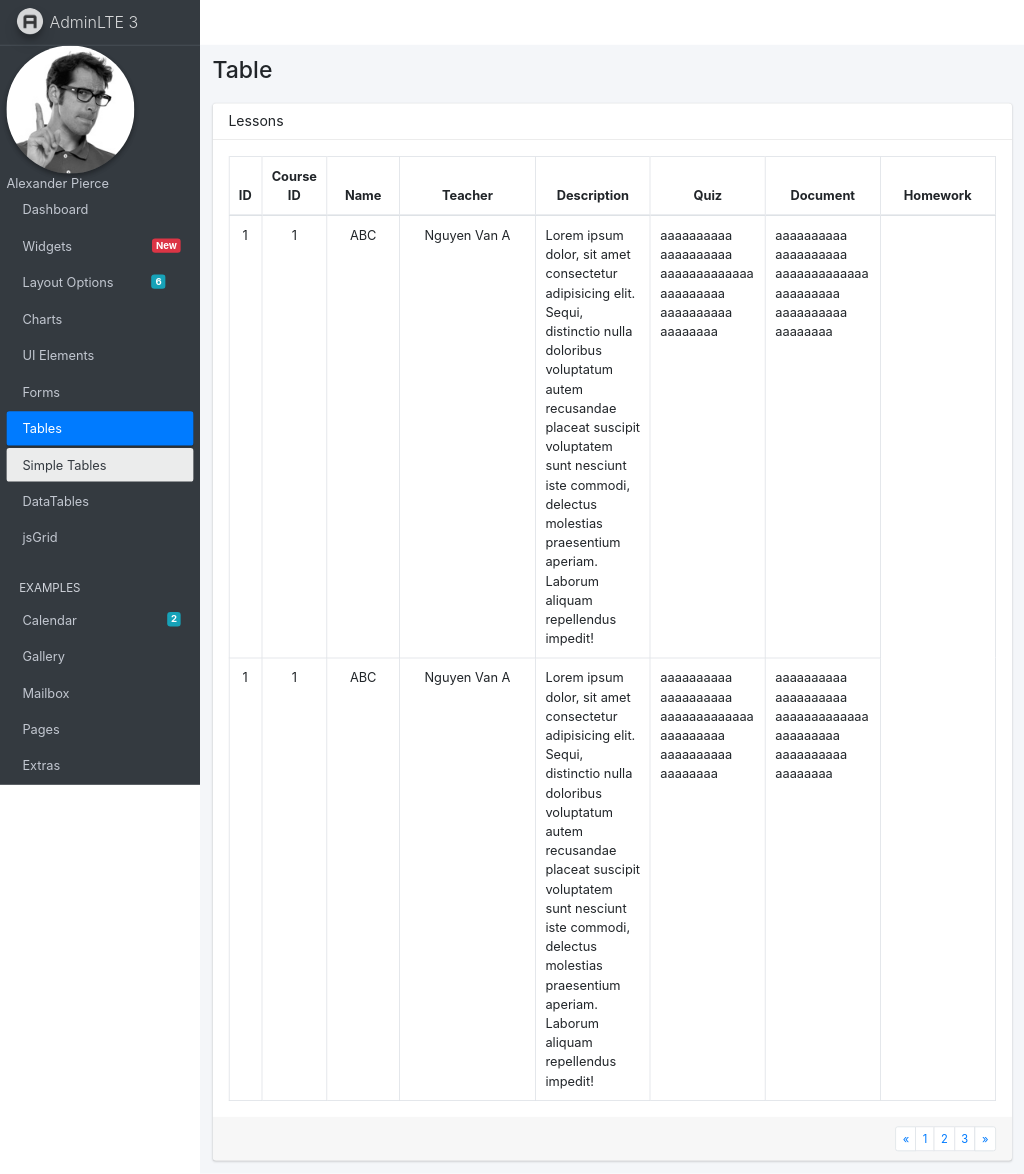
Repository: huyennvo/table
Page: http://localhost/table/lessons
An editor plug-in stored every save of this project. The page is shown before and after the next save, followed by the edit.
The browser window is 1280 px wide. The pictures show the whole page, at 80% of full size.
Some web fonts or font styles are not loaded; a fallback is used. The page is served by the project's Laravel application, run on PHP 8.4 with Laravel 8. Other server files are loaded and not shown.

Above is the page before, as saved 2022-08-11 19:59:09.

### routes/web.php
<?php

use Illuminate\Support\Facades\Route;

/*
|--------------------------------------------------------------------------
| Web Routes
|--------------------------------------------------------------------------
|
| Here is where you can register web routes for your application. These
| routes are loaded by the RouteServiceProvider within a group which
| contains the "web" middleware group. Now create something great!
|
*/

Route::get('/table', function () {
    return view('index');
});

Route::get('/table/courses', function () {
    return view('courses');
});

Route::get('/table/lessons', function () {
    return view('lessons');
});

### resources/views/lessons.blade.php
@extends('layouts.content-header')
@section('content-body')
    <!-- Main content -->

    <section class="content">
      <div class="container-fluid">
        <div class="row">
          <div class="col-md-12">
            <div class="card">
              <div class="card-header">
                <h3 class="card-title">Lessons</h3>
              </div>
              <!-- /.card-header -->
              <div class="card-body">
                <table class="table table-bordered" >
                  <thead>
                    <tr>
                      <th style="width: 10px">ID</th>
                      <th class="course-id" style="width: 10px">Course ID</th>
                      <th class="name">Name</th>
                      <th>Teacher</th>
                      <th style="width: 15%">Description</th>
                      <th style="width: 15%">Quiz</th>
                      <th style="width: 15%">Document</th>
                      <th style="width: 15%">Homework</th>
                    </tr>
                  </thead>
                  <tbody>
                    <tr>
                      <td style="text-align:center;">1</td>
                      <td class="course-id">1</td>
                      <td class="name">ABC</td>
                      <td style="text-align:center;">
                        Nguyen Van A
                      </td>
                      <td>Lorem ipsum dolor, sit amet consectetur adipisicing elit. Sequi, distinctio nulla doloribus voluptatum autem recusandae placeat suscipit voluptatem sunt nesciunt iste commodi, delectus molestias praesentium aperiam. Laborum aliquam repellendus impedit!</td>
                      <td>aaaaaaaaaa aaaaaaaaaa aaaaaaaaaaaaa aaaaaaaaa aaaaaaaaaa aaaaaaaa</td>
                      <td>aaaaaaaaaa aaaaaaaaaa aaaaaaaaaaaaa aaaaaaaaa aaaaaaaaaa aaaaaaaa</td>
                    </tr>
                    <tr>
                      <td style="text-align:center;">1</td>
                      <td class="course-id" >1</td>
                      <td class="name">ABC</td>
                      <td style="text-align:center;">
                        Nguyen Van A
                      </td>
                      <td>Lorem ipsum dolor, sit amet consectetur adipisicing elit. Sequi, distinctio nulla doloribus voluptatum autem recusandae placeat suscipit voluptatem sunt nesciunt iste commodi, delectus molestias praesentium aperiam. Laborum aliquam repellendus impedit!</td>
                      <td>aaaaaaaaaa aaaaaaaaaa aaaaaaaaaaaaa aaaaaaaaa aaaaaaaaaa aaaaaaaa</td>
                      <td>aaaaaaaaaa aaaaaaaaaa aaaaaaaaaaaaa aaaaaaaaa aaaaaaaaaa aaaaaaaa</td>
                    </tr>


                  </tbody>
                </table>
              </div>
              <!-- /.card-body -->
              <div class="card-footer clearfix">
                <ul class="pagination pagination-sm m-0 float-right">
                  <li class="page-item"><a class="page-link" href="#">&laquo;</a></li>
                  <li class="page-item"><a class="page-link" href="#">1</a></li>
                  <li class="page-item"><a class="page-link" href="#">2</a></li>
                  <li class="page-item"><a class="page-link" href="#">3</a></li>
                  <li class="page-item"><a class="page-link" href="#">&raquo;</a></li>
                </ul>
              </div>
            </div>

          </div>

        </div>


        <!-- /.row -->

        <!-- /.row -->
      </div><!-- /.container-fluid -->
    </section>
    <!-- /.content -->
@endsection

### resources/views/layouts/content-header.blade.php
@extends('layouts.menu')
@section('content-header')
    <section class="content-header">
      <div class="container-fluid">
        <div class="row mb-2">
          <div class="col-sm-6">
            <h1>Table</h1>
          </div>
        </div>
      </div><!-- /.container-fluid -->
    </section>
@endsection

### resources/views/layouts/menu.blade.php
@extends('layouts.index')
@section('menu')
<div   class="main-sidebar sidebar-dark-primary "  id="menu">
  <a href="../../index3.html" class="brand-link">
        <img src="../../dist/img/AdminLTELogo.png"
            alt="AdminLTE Logo"
            class="brand-image img-circle elevation-3"
            style="opacity: .8">
        <span class="brand-text font-weight-light">AdminLTE 3</span>
  </a>

  <!-- class="user-panel mt-3 pb-3 mb-3 d-flex"
  class="mt-2" -->
    <!-- Sidebar -->
    <div class="sidebar">
      <!-- Sidebar user (optional) -->
      <div>
        <div class="image">
          <img src="../../dist/img/user2-160x160.jpg" class="img-circle elevation-2" alt="User Image">
        </div>
        <div class="info">
          <a href="#" class="d-block">Alexander Pierce</a>
        </div>
      </div>

      <!-- Sidebar Menu -->
      <nav >
        <ul class="nav nav-pills nav-sidebar flex-column" data-widget="treeview" role="menu" data-accordion="false">
          <!-- Add icons to the links using the .nav-icon class
               with font-awesome or any other icon font library -->
          <li class="nav-item has-treeview">
            <a href="#" class="nav-link">
              <i class="nav-icon fas fa-tachometer-alt"></i>
              <p>
                Dashboard
                <i class="right fas fa-angle-left"></i>
              </p>
            </a>
            <ul class="nav nav-treeview">
              <li class="nav-item">
                <a href="../../index.html" class="nav-link">
                  <i class="far fa-circle nav-icon"></i>
                  <p>Dashboard v1</p>
                </a>
              </li>
              <li class="nav-item">
                <a href="../../index2.html" class="nav-link">
                  <i class="far fa-circle nav-icon"></i>
                  <p>Dashboard v2</p>
                </a>
              </li>
              <li class="nav-item">
                <a href="../../index3.html" class="nav-link">
                  <i class="far fa-circle nav-icon"></i>
                  <p>Dashboard v3</p>
                </a>
              </li>
            </ul>
          </li>
          <li class="nav-item">
            <a href="../widgets.html" class="nav-link">
              <i class="nav-icon fas fa-th"></i>
              <p>
                Widgets
                <span class="right badge badge-danger">New</span>
              </p>
            </a>
          </li>
          <li class="nav-item has-treeview">
            <a href="#" class="nav-link">
              <i class="nav-icon fas fa-copy"></i>
              <p>
                Layout Options
                <i class="fas fa-angle-left right"></i>
                <span class="badge badge-info right">6</span>
              </p>
            </a>
            <ul class="nav nav-treeview">
              <li class="nav-item">
                <a href="../layout/top-nav.html" class="nav-link">
                  <i class="far fa-circle nav-icon"></i>
                  <p>Top Navigation</p>
                </a>
              </li>
              <li class="nav-item">
                <a href="../layout/top-nav-sidebar.html" class="nav-link">
                  <i class="far fa-circle nav-icon"></i>
                  <p>Top Navigation + Sidebar</p>
                </a>
              </li>
              <li class="nav-item">
                <a href="../layout/boxed.html" class="nav-link">
                  <i class="far fa-circle nav-icon"></i>
                  <p>Boxed</p>
                </a>
              </li>
              <li class="nav-item">
                <a href="../layout/fixed-sidebar.html" class="nav-link">
                  <i class="far fa-circle nav-icon"></i>
                  <p>Fixed Sidebar</p>
                </a>
              </li>
              <li class="nav-item">
                <a href="../layout/fixed-topnav.html" class="nav-link">
                  <i class="far fa-circle nav-icon"></i>
                  <p>Fixed Navbar</p>
                </a>
              </li>
              <li class="nav-item">
                <a href="../layout/fixed-footer.html" class="nav-link">
                  <i class="far fa-circle nav-icon"></i>
                  <p>Fixed Footer</p>
                </a>
              </li>
              <li class="nav-item">
                <a href="../layout/collapsed-sidebar.html" class="nav-link">
                  <i class="far fa-circle nav-icon"></i>
                  <p>Collapsed Sidebar</p>
                </a>
              </li>
            </ul>
          </li>
          <li class="nav-item has-treeview">
            <a href="#" class="nav-link">
              <i class="nav-icon fas fa-chart-pie"></i>
              <p>
                Charts
                <i class="right fas fa-angle-left"></i>
              </p>
            </a>
            <ul class="nav nav-treeview">
              <li class="nav-item">
                <a href="../charts/chartjs.html" class="nav-link">
                  <i class="far fa-circle nav-icon"></i>
                  <p>ChartJS</p>
                </a>
              </li>
              <li class="nav-item">
                <a href="../charts/flot.html" class="nav-link">
                  <i class="far fa-circle nav-icon"></i>
                  <p>Flot</p>
                </a>
              </li>
              <li class="nav-item">
                <a href="../charts/inline.html" class="nav-link">
                  <i class="far fa-circle nav-icon"></i>
                  <p>Inline</p>
                </a>
              </li>
            </ul>
          </li>
          <li class="nav-item has-treeview">
            <a href="#" class="nav-link">
              <i class="nav-icon fas fa-tree"></i>
              <p>
                UI Elements
                <i class="fas fa-angle-left right"></i>
              </p>
            </a>
            <ul class="nav nav-treeview">
              <li class="nav-item">
                <a href="../UI/general.html" class="nav-link">
                  <i class="far fa-circle nav-icon"></i>
                  <p>General</p>
                </a>
              </li>
              <li class="nav-item">
                <a href="../UI/icons.html" class="nav-link">
                  <i class="far fa-circle nav-icon"></i>
                  <p>Icons</p>
                </a>
              </li>
              <li class="nav-item">
                <a href="../UI/buttons.html" class="nav-link">
                  <i class="far fa-circle nav-icon"></i>
                  <p>Buttons</p>
                </a>
              </li>
              <li class="nav-item">
                <a href="../UI/sliders.html" class="nav-link">
                  <i class="far fa-circle nav-icon"></i>
                  <p>Sliders</p>
                </a>
              </li>
              <li class="nav-item">
                <a href="../UI/modals.html" class="nav-link">
                  <i class="far fa-circle nav-icon"></i>
                  <p>Modals & Alerts</p>
                </a>
              </li>
              <li class="nav-item">
                <a href="../UI/navbar.html" class="nav-link">
                  <i class="far fa-circle nav-icon"></i>
                  <p>Navbar & Tabs</p>
                </a>
              </li>
              <li class="nav-item">
                <a href="../UI/timeline.html" class="nav-link">
                  <i class="far fa-circle nav-icon"></i>
                  <p>Timeline</p>
                </a>
              </li>
              <li class="nav-item">
                <a href="../UI/ribbons.html" class="nav-link">
                  <i class="far fa-circle nav-icon"></i>
                  <p>Ribbons</p>
                </a>
              </li>
            </ul>
          </li>
          <li class="nav-item has-treeview">
            <a href="#" class="nav-link">
              <i class="nav-icon fas fa-edit"></i>
              <p>
                Forms
                <i class="fas fa-angle-left right"></i>
              </p>
            </a>
            <ul class="nav nav-treeview">
              <li class="nav-item">
                <a href="../forms/general.html" class="nav-link">
                  <i class="far fa-circle nav-icon"></i>
                  <p>General Elements</p>
                </a>
              </li>
              <li class="nav-item">
                <a href="../forms/advanced.html" class="nav-link">
                  <i class="far fa-circle nav-icon"></i>
                  <p>Advanced Elements</p>
                </a>
              </li>
              <li class="nav-item">
                <a href="../forms/editors.html" class="nav-link">
                  <i class="far fa-circle nav-icon"></i>
                  <p>Editors</p>
                </a>
              </li>
              <li class="nav-item">
                <a href="../forms/validation.html" class="nav-link">
                  <i class="far fa-circle nav-icon"></i>
                  <p>Validation</p>
                </a>
              </li>
            </ul>
          </li>
          <li class="nav-item has-treeview menu-open">
            <a href="#" class="nav-link active">
              <i class="nav-icon fas fa-table"></i>
              <p>
                Tables
                <i class="fas fa-angle-left right"></i>
              </p>
            </a>
            <ul class="nav nav-treeview">
              <li class="nav-item">
                <a href="../tables/simple.html" class="nav-link active">
                  <i class="far fa-circle nav-icon"></i>
                  <p>Simple Tables</p>
                </a>
              </li>
              <li class="nav-item">
                <a href="../tables/data.html" class="nav-link">
                  <i class="far fa-circle nav-icon"></i>
                  <p>DataTables</p>
                </a>
              </li>
              <li class="nav-item">
                <a href="../tables/jsgrid.html" class="nav-link">
                  <i class="far fa-circle nav-icon"></i>
                  <p>jsGrid</p>
                </a>
              </li>
            </ul>
          </li>
          <li class="nav-header">EXAMPLES</li>
          <li class="nav-item">
            <a href="../calendar.html" class="nav-link">
              <i class="nav-icon far fa-calendar-alt"></i>
              <p>
                Calendar
                <span class="badge badge-info right">2</span>
              </p>
            </a>
          </li>
          <li class="nav-item">
            <a href="../gallery.html" class="nav-link">
              <i class="nav-icon far fa-image"></i>
              <p>
                Gallery
              </p>
            </a>
          </li>
          <li class="nav-item has-treeview">
            <a href="#" class="nav-link">
              <i class="nav-icon far fa-envelope"></i>
              <p>
                Mailbox
                <i class="fas fa-angle-left right"></i>
              </p>
            </a>
            <ul class="nav nav-treeview">
              <li class="nav-item">
                <a href="../mailbox/mailbox.html" class="nav-link">
                  <i class="far fa-circle nav-icon"></i>
                  <p>Inbox</p>
                </a>
              </li>
              <li class="nav-item">
                <a href="../mailbox/compose.html" class="nav-link">
                  <i class="far fa-circle nav-icon"></i>
                  <p>Compose</p>
                </a>
              </li>
              <li class="nav-item">
                <a href="../mailbox/read-mail.html" class="nav-link">
                  <i class="far fa-circle nav-icon"></i>
                  <p>Read</p>
                </a>
              </li>
            </ul>
          </li>
          <li class="nav-item has-treeview">
            <a href="#" class="nav-link">
              <i class="nav-icon fas fa-book"></i>
              <p>
                Pages
                <i class="fas fa-angle-left right"></i>
              </p>
            </a>
            <ul class="nav nav-treeview">
              <li class="nav-item">
                <a href="../examples/invoice.html" class="nav-link">
                  <i class="far fa-circle nav-icon"></i>
                  <p>Invoice</p>
                </a>
              </li>
              <li class="nav-item">
                <a href="../examples/profile.html" class="nav-link">
                  <i class="far fa-circle nav-icon"></i>
                  <p>Profile</p>
                </a>
              </li>
              <li class="nav-item">
                <a href="../examples/e-commerce.html" class="nav-link">
                  <i class="far fa-circle nav-icon"></i>
                  <p>E-commerce</p>
                </a>
              </li>
              <li class="nav-item">
                <a href="../examples/projects.html" class="nav-link">
                  <i class="far fa-circle nav-icon"></i>
                  <p>Projects</p>
                </a>
              </li>
              <li class="nav-item">
                <a href="../examples/project-add.html" class="nav-link">
                  <i class="far fa-circle nav-icon"></i>
                  <p>Project Add</p>
                </a>
              </li>
              <li class="nav-item">
                <a href="../examples/project-edit.html" class="nav-link">
                  <i class="far fa-circle nav-icon"></i>
                  <p>Project Edit</p>
                </a>
              </li>
              <li class="nav-item">
                <a href="../examples/project-detail.html" class="nav-link">
                  <i class="far fa-circle nav-icon"></i>
                  <p>Project Detail</p>
                </a>
              </li>
              <li class="nav-item">
                <a href="../examples/contacts.html" class="nav-link">
                  <i class="far fa-circle nav-icon"></i>
                  <p>Contacts</p>
                </a>
              </li>
            </ul>
          </li>
          <li class="nav-item has-treeview">
            <a href="#" class="nav-link">
              <i class="nav-icon far fa-plus-square"></i>
              <p>
                Extras
                <i class="fas fa-angle-left right"></i>
              </p>
            </a>
            <ul class="nav nav-treeview">
              <li class="nav-item">
                <a href="../examples/login.html" class="nav-link">
                  <i class="far fa-circle nav-icon"></i>
                  <p>Login</p>
                </a>
              </li>
              <li class="nav-item">
                <a href="../examples/register.html" class="nav-link">
                  <i class="far fa-circle nav-icon"></i>
                  <p>Register</p>
                </a>
              </li>
              <li class="nav-item">
                <a href="../examples/forgot-password.html" class="nav-link">
                  <i class="far fa-circle nav-icon"></i>
                  <p>Forgot Password</p>
                </a>
              </li>
              <li class="nav-item">
                <a href="../examples/recover-password.html" class="nav-link">
                  <i class="far fa-circle nav-icon"></i>
                  <p>Recover Password</p>
                </a>
              </li>
              <li class="nav-item">
                <a href="../examples/lockscreen.html" class="nav-link">
                  <i class="far fa-circle nav-icon"></i>
                  <p>Lockscreen</p>
                </a>
              </li>
              <li class="nav-item">
                <a href="../examples/legacy-user-menu.html" class="nav-link">
                  <i class="far fa-circle nav-icon"></i>
                  <p>Legacy User Menu</p>
                </a>
              </li>
              <li class="nav-item">
                <a href="../examples/language-menu.html" class="nav-link">
                  <i class="far fa-circle nav-icon"></i>
                  <p>Language Menu</p>
                </a>
              </li>
              <li class="nav-item">
                <a href="../examples/404.html" class="nav-link">
                  <i class="far fa-circle nav-icon"></i>
                  <p>Error 404</p>
                </a>
              </li>
              <li class="nav-item">
                <a href="../examples/500.html" class="nav-link">
                  <i class="far fa-circle nav-icon"></i>
                  <p>Error 500</p>
                </a>
              </li>
              <li class="nav-item">
                <a href="../examples/pace.html" class="nav-link">
                  <i class="far fa-circle nav-icon"></i>
                  <p>Pace</p>
                </a>
              </li>
              <li class="nav-item">
                <a href="../examples/blank.html" class="nav-link">
                  <i class="far fa-circle nav-icon"></i>
                  <p>Blank Page</p>
                </a>
              </li>
              <li class="nav-item">
                <a href="../../starter.html" class="nav-link">
                  <i class="far fa-circle nav-icon"></i>
                  <p>Starter Page</p>
                </a>
              </li>
            </ul>
          </li>


        </ul>
      </nav>
      <!-- /.sidebar-menu -->
    </div>
    <!-- /.sidebar -->
</div>
    <!-- <aside >

    </aside> -->

@endsection

### resources/views/layouts/index.blade.php
<!DOCTYPE html>
<html>
<head>
  <meta charset="utf-8">
  <meta http-equiv="X-UA-Compatible" content="IE=edge">
  <title>Table</title>
  <meta name="viewport" content="width=device-width, initial-scale=1">

  <link rel="stylesheet" href="{{asset('css/adminlte.min.css')}}">
  <link rel="stylesheet" href="{{asset('css/style.css')}}">
  <!-- Google Font: Source Sans Pro -->
  <link href="https://fonts.googleapis.com/css?family=Source+Sans+Pro:300,400,400i,700" rel="stylesheet">
</head>
<body class="hold-transition sidebar-mini">
  <h1>hello</h1>
<!-- <div class="wrapper"> -->
@yield('menu')

<div class="content-wrapper">

@yield('content-header')

@yield('content-body')

</div>


  <!-- /.content-wrapper -->
  <!-- /.control-sidebar -->
<!-- </div> -->

</body>
</html>

### public/css/style.css
th {
    text-align: center;
}

.course-id {
    text-align: center;
}

.name {
    text-align: center;
}

#menu {
    background-color: #343A40;
    /* width: 20vw;
    height: 100vh; */
}

Loaded but not shown: public/css/adminlte.min.css (library)

After the next save:
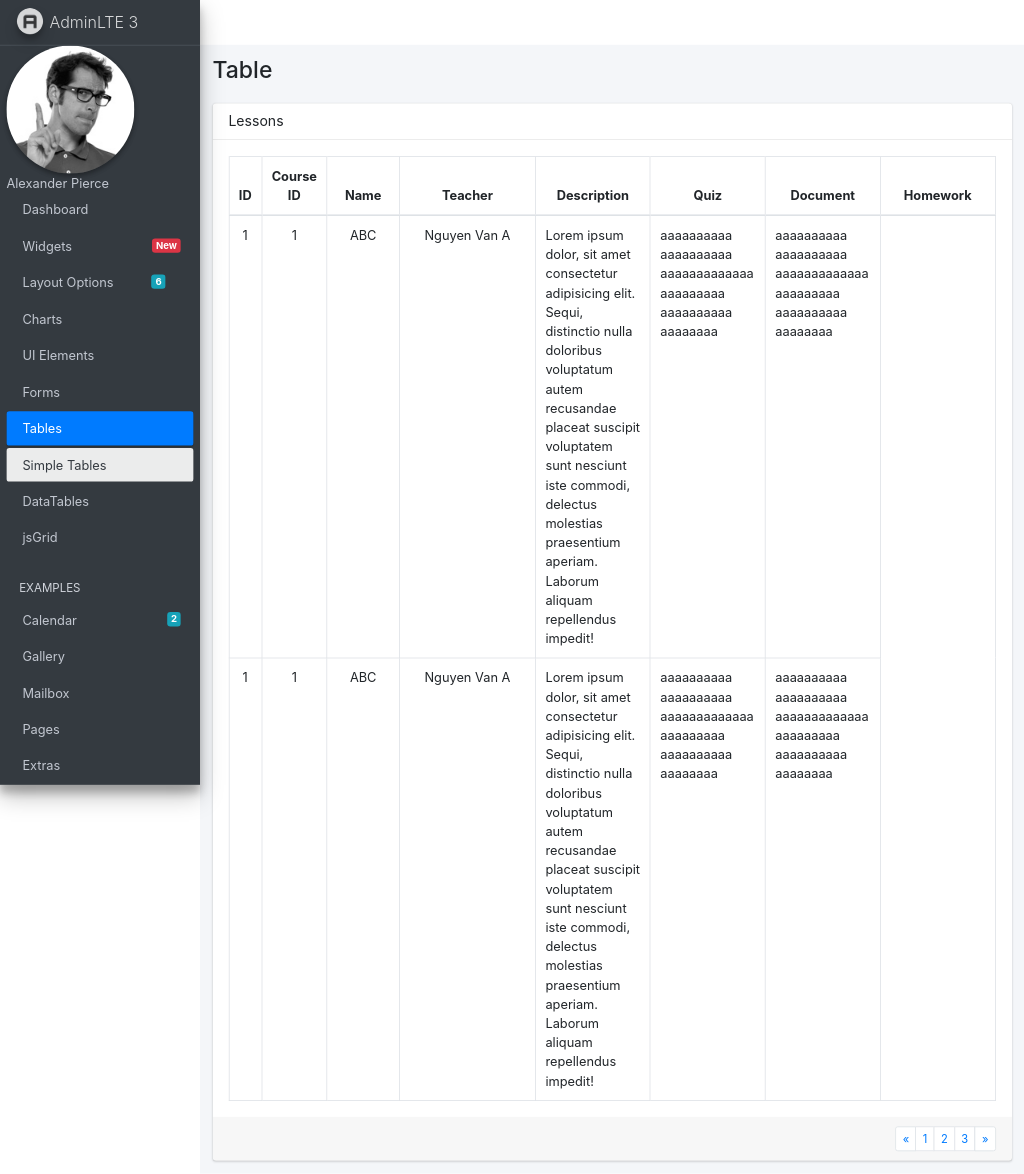
Saved 18 s later.
--- a/resources/views/layouts/menu.blade.php
+++ b/resources/views/layouts/menu.blade.php
@@ -1,6 +1,6 @@
 @extends('layouts.index')
 @section('menu')
-<div   class="main-sidebar sidebar-dark-primary "  id="menu">
+<div   class="main-sidebar sidebar-dark-primary elevation-4"  id="menu">
   <a href="../../index3.html" class="brand-link">
         <img src="../../dist/img/AdminLTELogo.png"
             alt="AdminLTE Logo"
